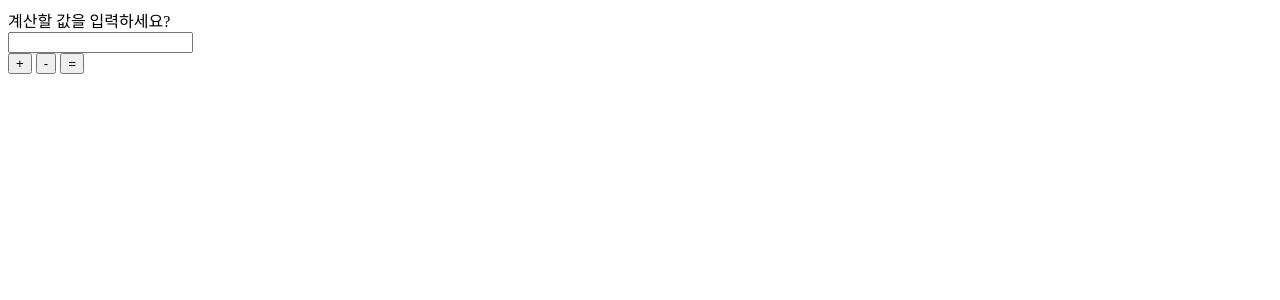
Repository: water-case/Servlet_JSP_JSPMVC
Page: workspace/JSPPrj/src/main/webapp/calc3.html
An editor plug-in stored every save of this project. The page is shown before and after the next save, followed by the edit.
The browser window is 1280 px wide. The pictures show the whole page.

Above is the page before, as saved 2021-08-26 03:45:44.

### workspace/JSPPrj/src/main/webapp/calc3.html
<!DOCTYPE html>
<html>
<head>
<meta charset="UTF-8">
<title>Insert title here</title>
</head>
<body>
	<div>
		<form action="calc3" method="post">
			<div>
				<label>계산할 값을 입력하세요?</label>
			</div>
			<div>
				<input type="text" name="value" />
			</div>
			<div>
				<input type="submit" name="operator" value="+" />
				<input type="submit" name="operator" value="-" />
				<input type="submit" name="operator" value="=" />
			</div>
		</form>
	</div>
</body>
</html>

After the next save:
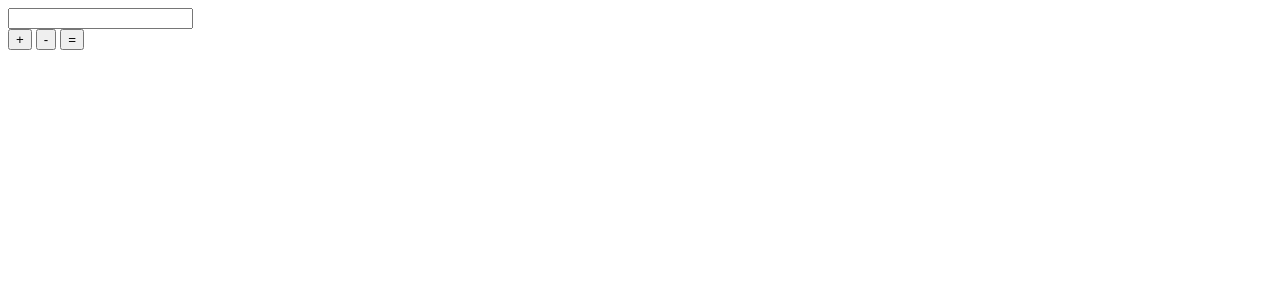
Saved 51 s later.
--- a/workspace/JSPPrj/src/main/webapp/calc3.html
+++ b/workspace/JSPPrj/src/main/webapp/calc3.html
@@ -7,9 +7,6 @@
 <body>
 	<div>
 		<form action="calc3" method="post">
-			<div>
-				<label>계산할 값을 입력하세요?</label>
-			</div>
 			<div>
 				<input type="text" name="value" />
 			</div>
